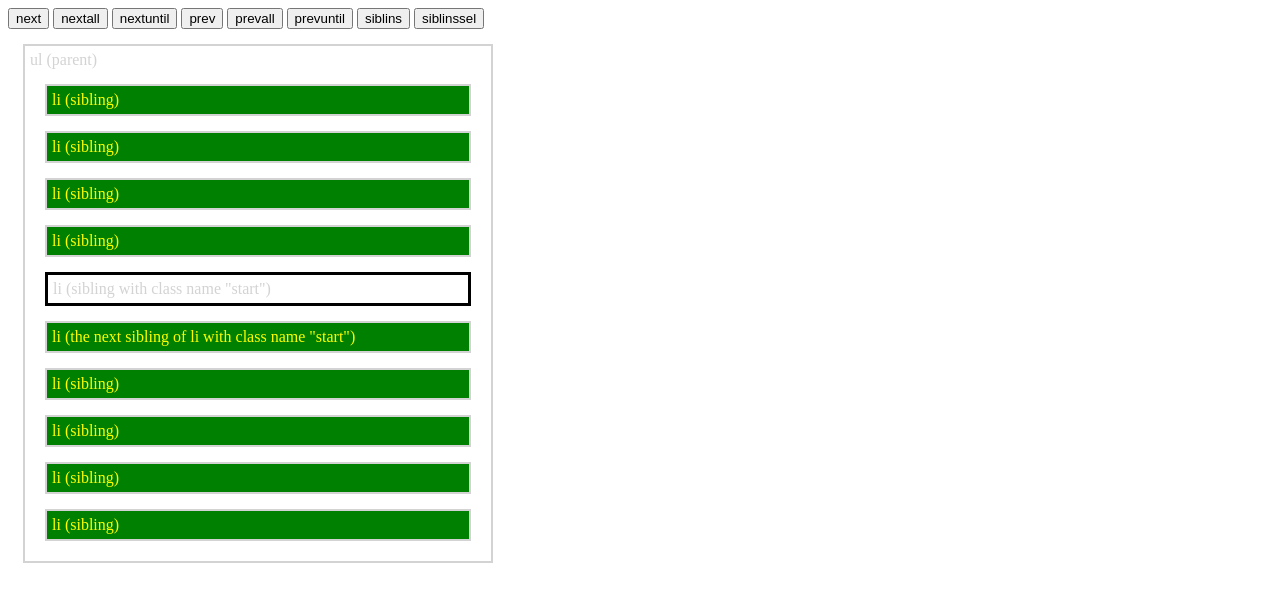
Repository: JJaeHwan/HTML
Page: jquerypro/WebContent/0113/찾기메소드.html
An editor plug-in stored every save of this project. The page is shown before and after the next save, followed by the edit.
The browser window is 1280 px wide. The pictures show the whole page.
After loading, the first visible `#siblingsel` was clicked once.

Above is the page before, as saved 2023-01-13 07:11:17.

After the next save:
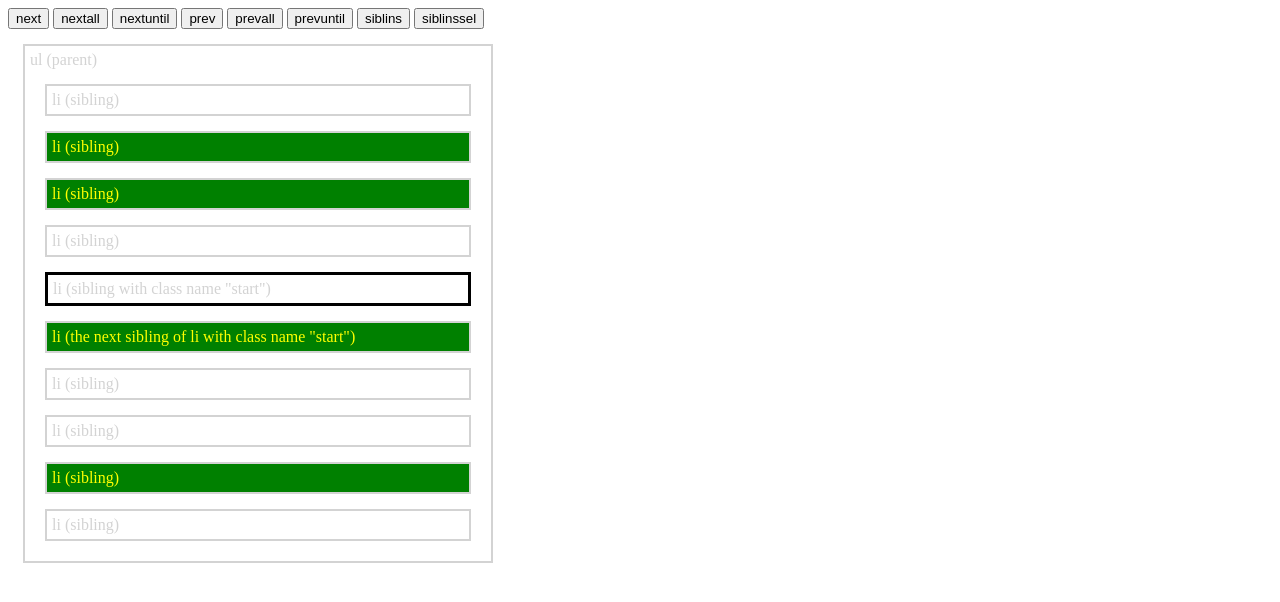
Saved 37 s later.
--- a/jquerypro/WebContent/0113/찾기메소드.html
+++ b/jquerypro/WebContent/0113/찾기메소드.html
@@ -70,7 +70,7 @@ $(document).ready(function(){
 	})
 
 	$('#siblingsel').on('click', function() {
-		vsiblingsel = $('li.start').siblings($('.cl'));
+		vsiblingsel = $('li.start').siblings('.cl');
 
 		$(vsiblingsel).css({"color": "yellow", "background": "green"});
 	})
